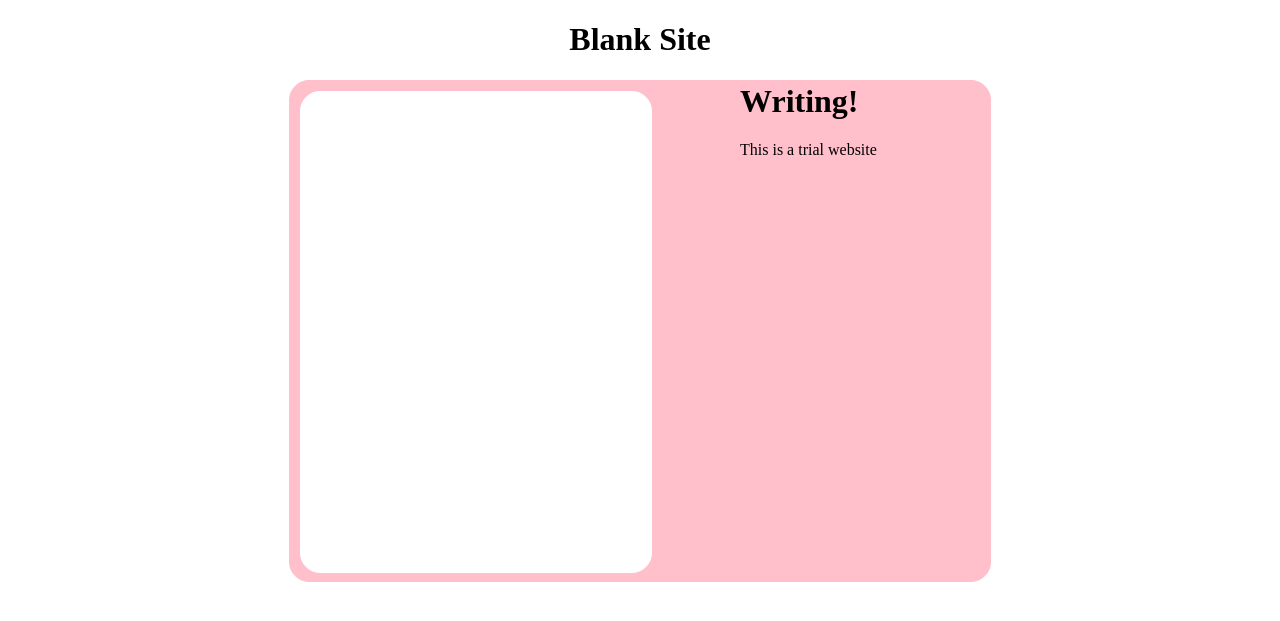
Repository: yhung004/Blank_Project
Page: index.html
An editor plug-in stored every save of this project. The page is shown before and after the next save, followed by the edit.
The browser window is 1280 px wide. The pictures show the whole page.

Above is the page before, as saved 2024-04-04 03:27:19.

### index.html
<!DOCTYPE html>
<html lang="en">
<head>
    <meta charset="UTF-8">
    <meta name="viewport" content="width=device-width, initial-scale=1.0">
    <title>Blank_Project</title>
    <link rel="stylesheet" href="index.css">
</head>
<body>
    <h1 class="header1">Blank Site</h1>
    <div class="main">
        <div class="container"></div>
        <div class="words">
            <h1 class="heading2">Writing!</h1>
            <p class="sub">This is a trial website</p>
        </div>

    </div>

</body>
</html>

### index.css
.header1 {
    text-align: center;
}
.main {
    background-color: pink;
    width: 700px;
    height: 500px;
    margin:auto;
    border: 1px solid pink;
    border-radius: 20px;
}
.container {
    margin:10px;
    background-color:white;
    width:350px;
    height: 480px;
    border :1px solid white;
    border-radius: 20px;
    display: flexbox;
}
.words {
    display:inline;
    float:right;
}
.heading2 {
    margin-top: -500px;
    margin-left:-250px;
}
.sub {
    margin-left:-250px;
}

After the next save:
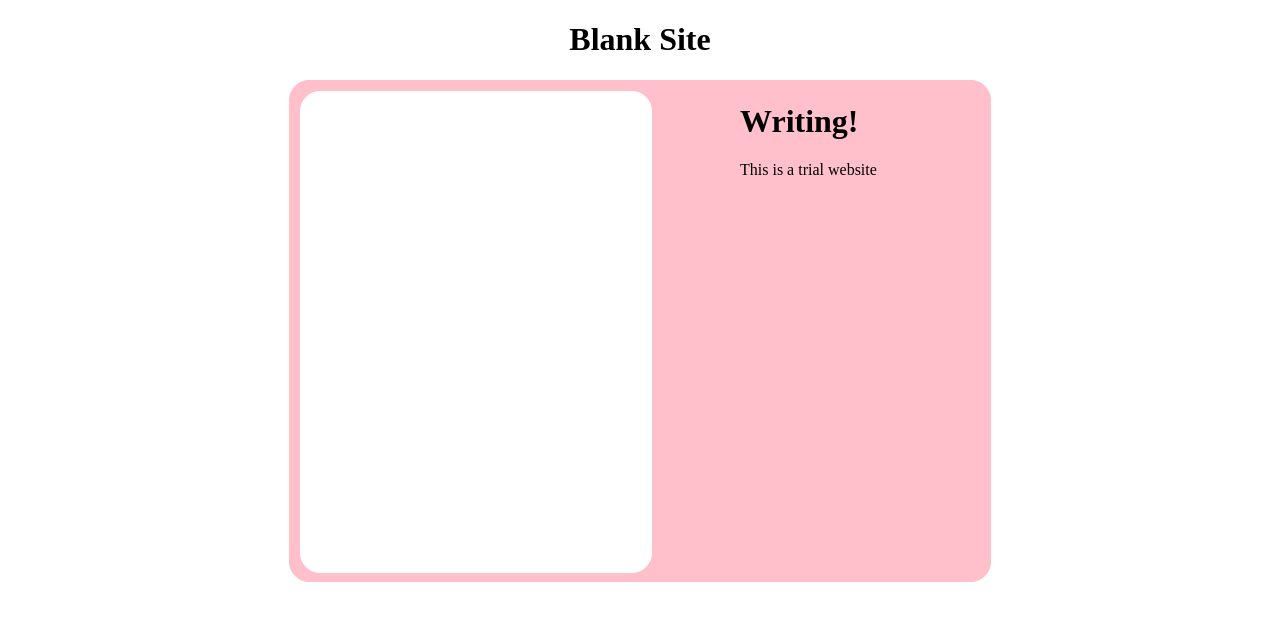
Saved 7 s later.
--- a/index.css
+++ b/index.css
@@ -23,7 +23,7 @@
     float:right;
 }
 .heading2 {
-    margin-top: -500px;
+    margin-top: -480px;
     margin-left:-250px;
 }
 .sub {
